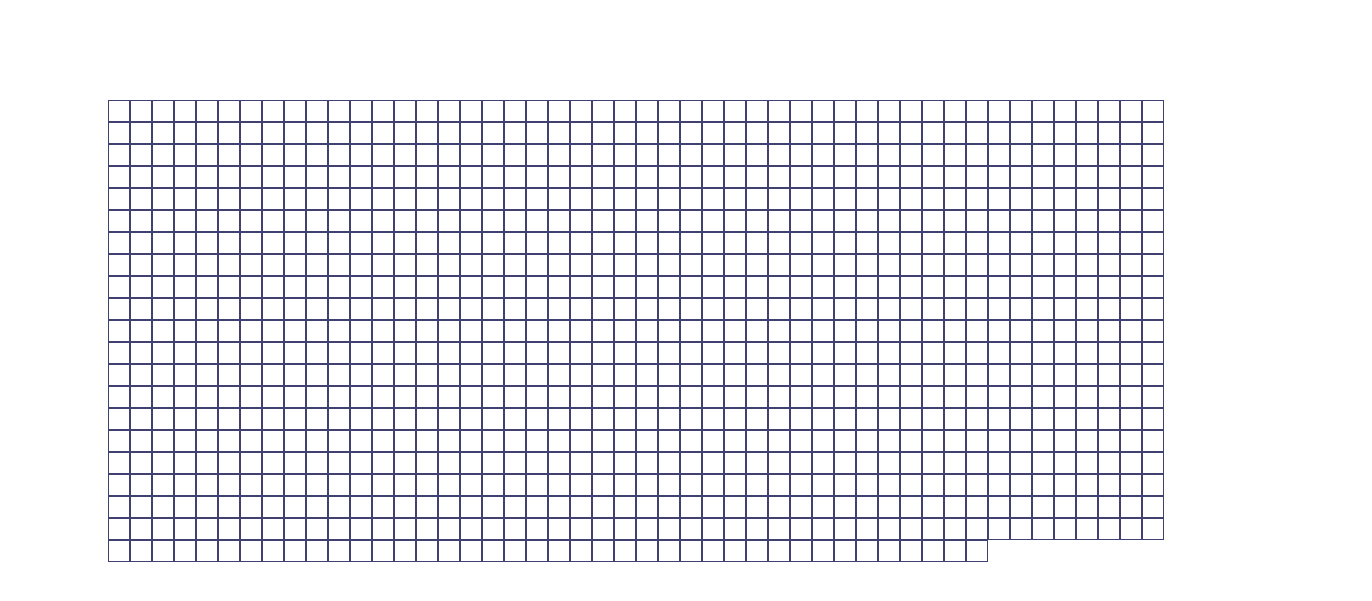
Repository: NikhilJohny/Pathfinding---ReactJS
Page: /
An editor plug-in stored every save of this project. The page is shown before and after the next save, followed by the edit.
The browser window is 1280 px wide. The page is 1280 px wide, then 1372 px, then 1280 px, so the pictures cover 1372 px, including what lies to the right of the window. The pictures show the whole page.
The project was rebuilt for these pictures with package versions that can differ from the ones it lists, and the page was loaded fresh each time.

Above is the page before, as saved 2021-05-06 12:12:06.

After the next save:
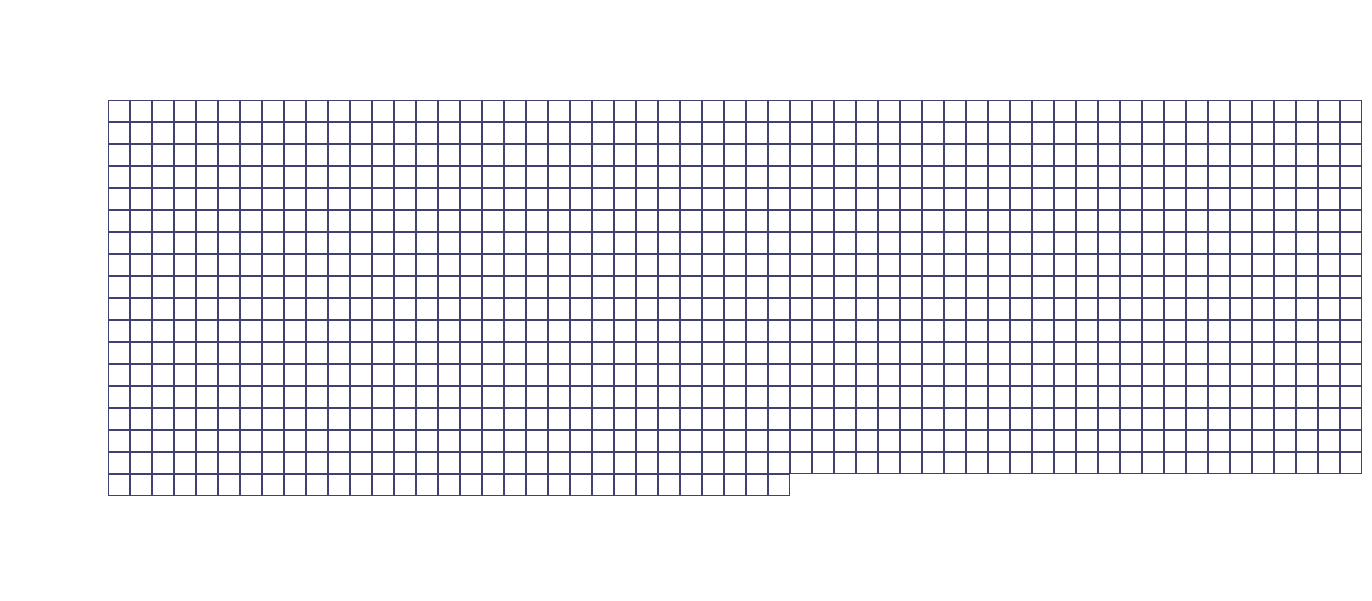
Saved 92 s later.
--- a/src/Node.css
+++ b/src/Node.css
@@ -1,6 +1,6 @@
 .canvas {
     margin: 100px;
-    position: static;
+    width: 100%;
 }
 
 .Node {

After the save that followed:
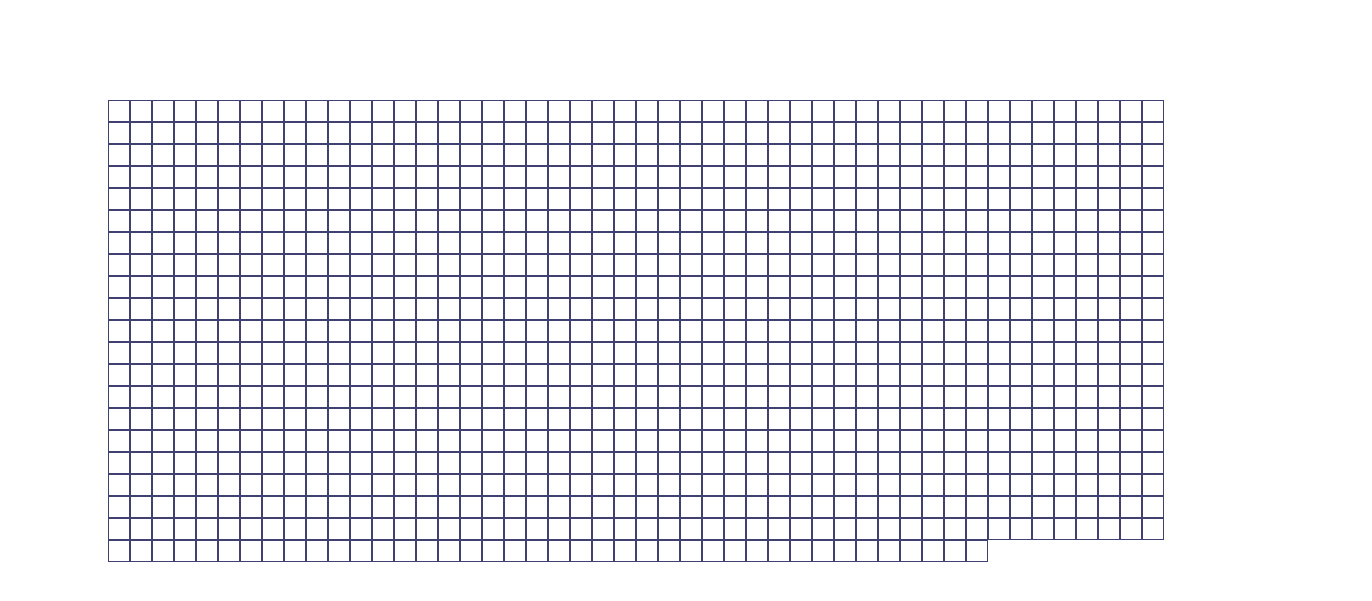
Saved 25 s later.
--- a/src/Node.css
+++ b/src/Node.css
@@ -1,6 +1,6 @@
 .canvas {
     margin: 100px;
-    width: 100%;
+    min-width: 900px;
 }
 
 .Node {
